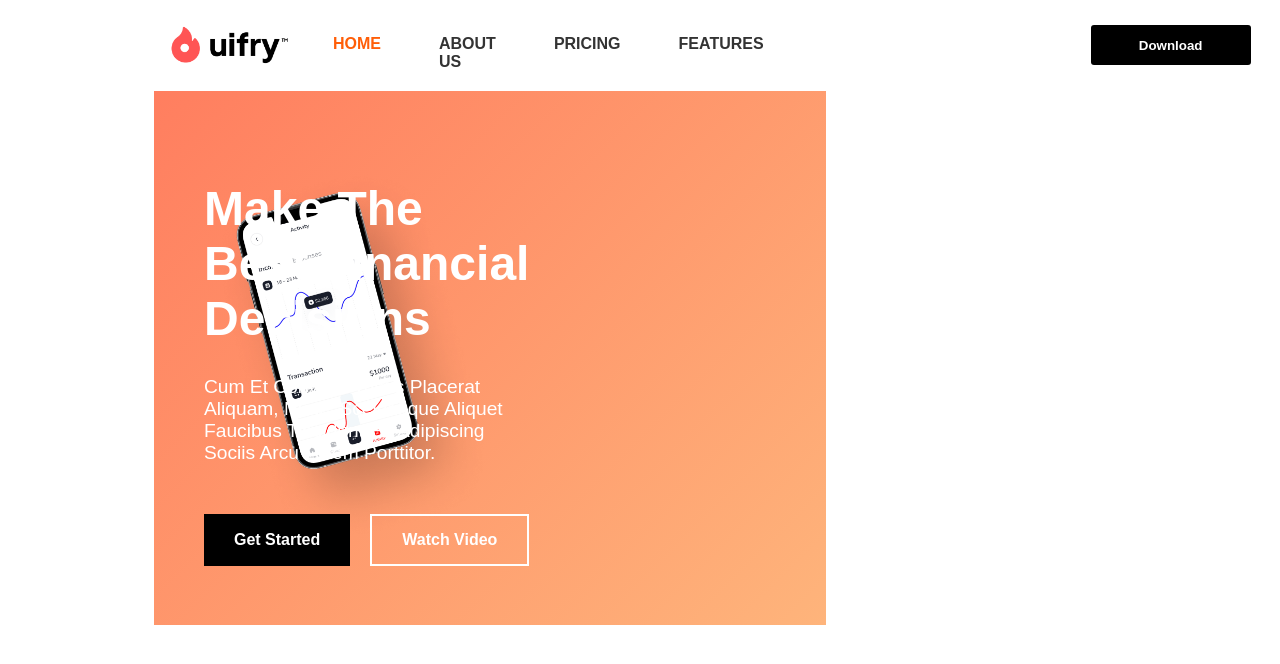
Repository: sakshambansal7/Uifry
Page: index.html
An editor plug-in stored every save of this project. The page is shown before and after a run of saves, followed by the edit.
The browser window is 1280 px wide. The pictures show the whole page.

Above is the page before, as saved 2024-06-12 15:01:46.

After the next 2 saves:
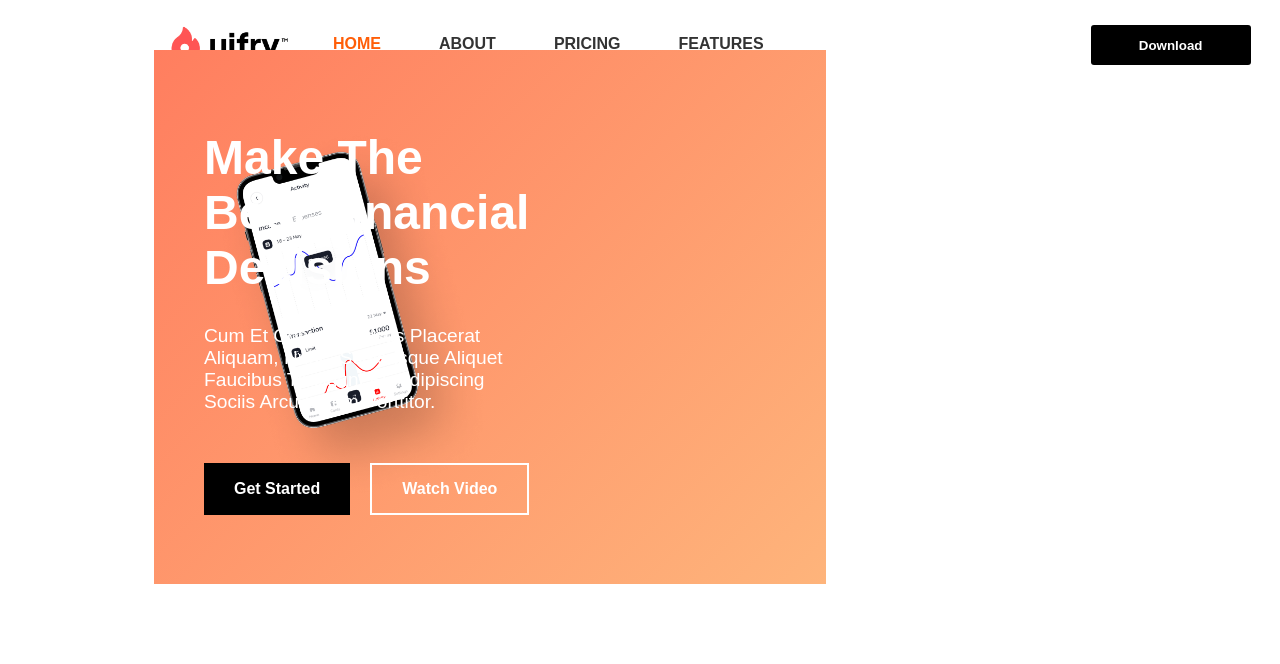
The 2 saves are shown as one change because they came seconds apart.
The last was saved 8 s later.
--- a/style.css
+++ b/style.css
@@ -127,7 +127,7 @@ nav a {
 /* background-effect */
 .absolute{
   position: absolute;
-  top
+  top: 50px
 }
 .justify-center{
   justify-content: center;
